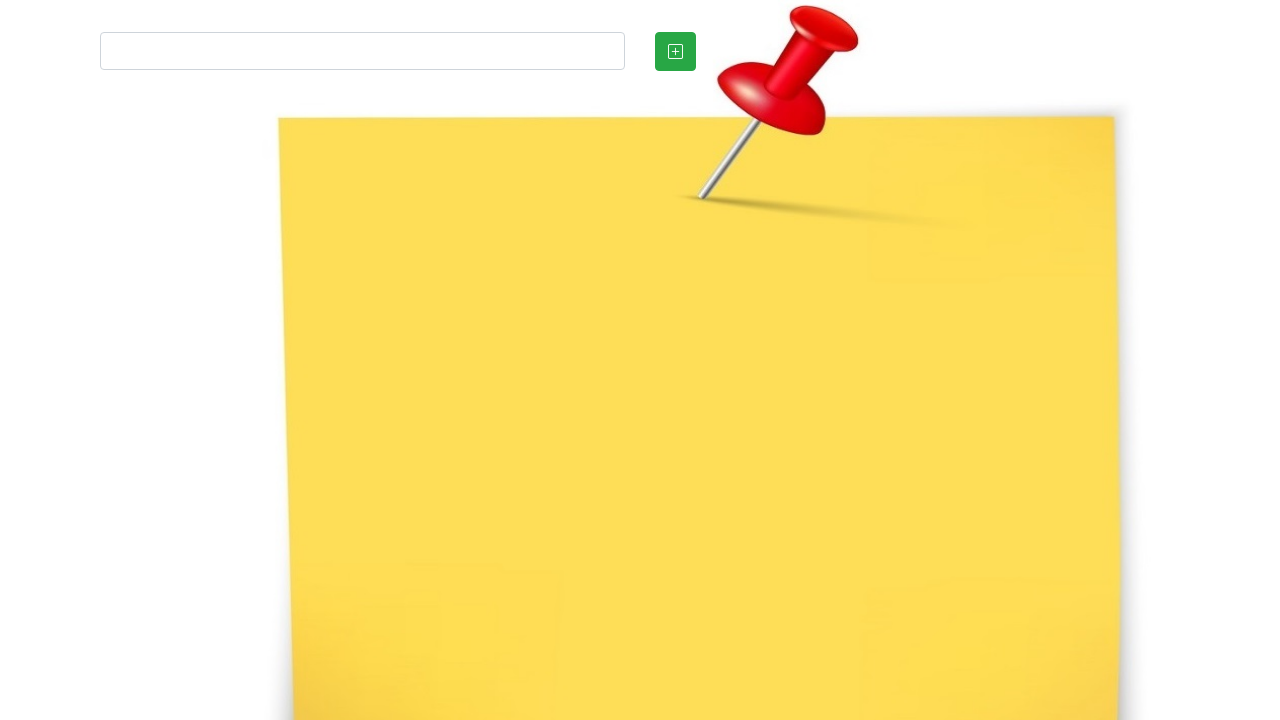
Repository: walaaElbasha/Todo-list-laravel
Page: http://localhost/tasks
The author's editor kept a copy of each file at every save. The page is drawn from the files as they stood at one save, then again after the next save.
The browser window is 1280 px wide. The pictures show the whole page.
The page is served by the project's Laravel application, run on PHP 8.4 with Laravel 8. Style sheets and scripts are compiled from the project's sources, by tool versions that may differ from the author's. Queries for data that is not in the repository find no rows.

Above is the page before, as saved 2021-07-01 14:06:06.

After the next save:
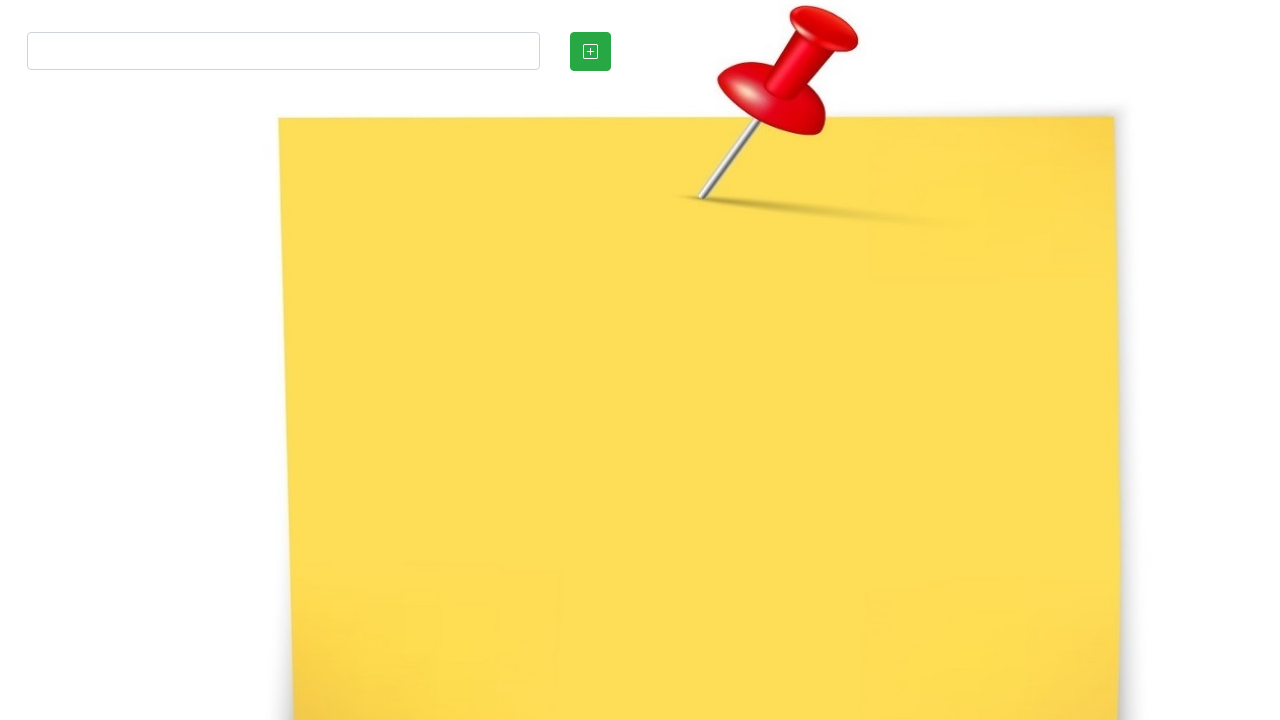
Saved 33 s later.
--- a/resources/views/tasks/index.blade.php
+++ b/resources/views/tasks/index.blade.php
@@ -5,7 +5,7 @@
 <!-- Bootstrap Boilerplate... -->
 <div>
 
-    <div class="container">
+    <div class="container row" >
         <!-- Display Validation Errors -->
         <ul>
             @foreach($allTasks as $task)

After the save that followed:
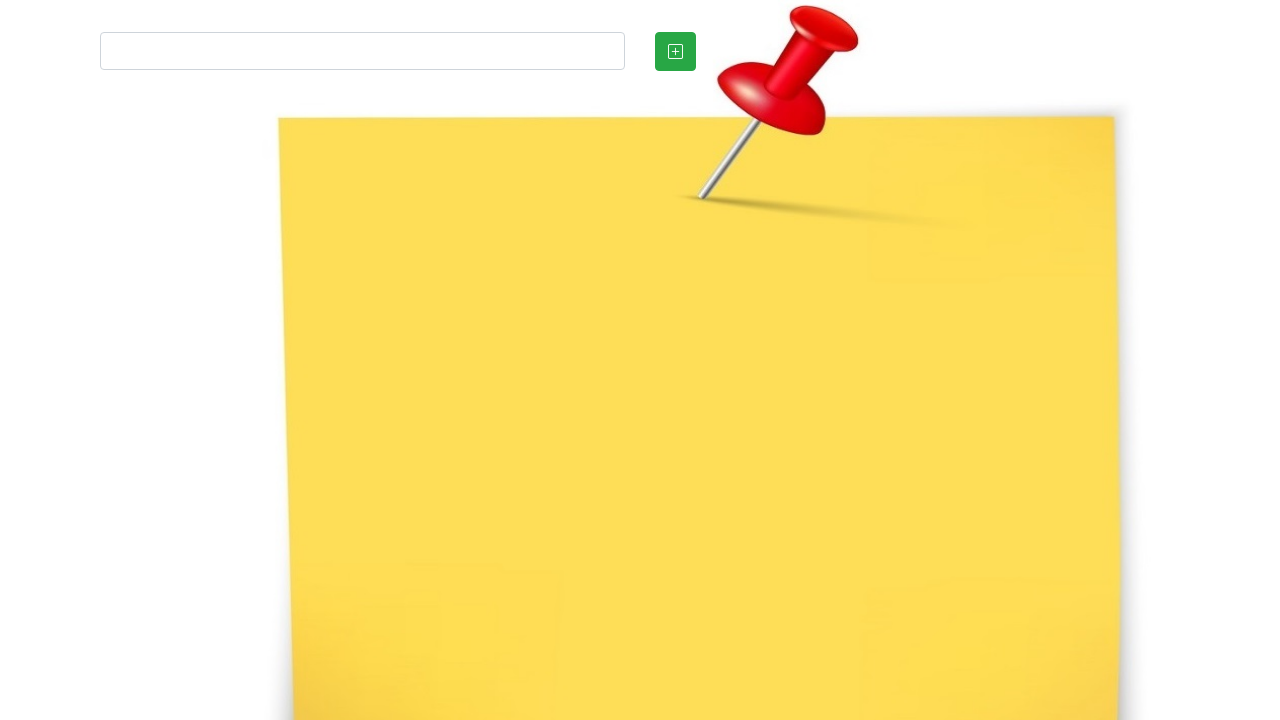
Saved 5 s later.
--- a/resources/views/tasks/index.blade.php
+++ b/resources/views/tasks/index.blade.php
@@ -5,7 +5,7 @@
 <!-- Bootstrap Boilerplate... -->
 <div>
 
-    <div class="container row" >
+    <div class="container" >
         <!-- Display Validation Errors -->
         <ul>
             @foreach($allTasks as $task)
